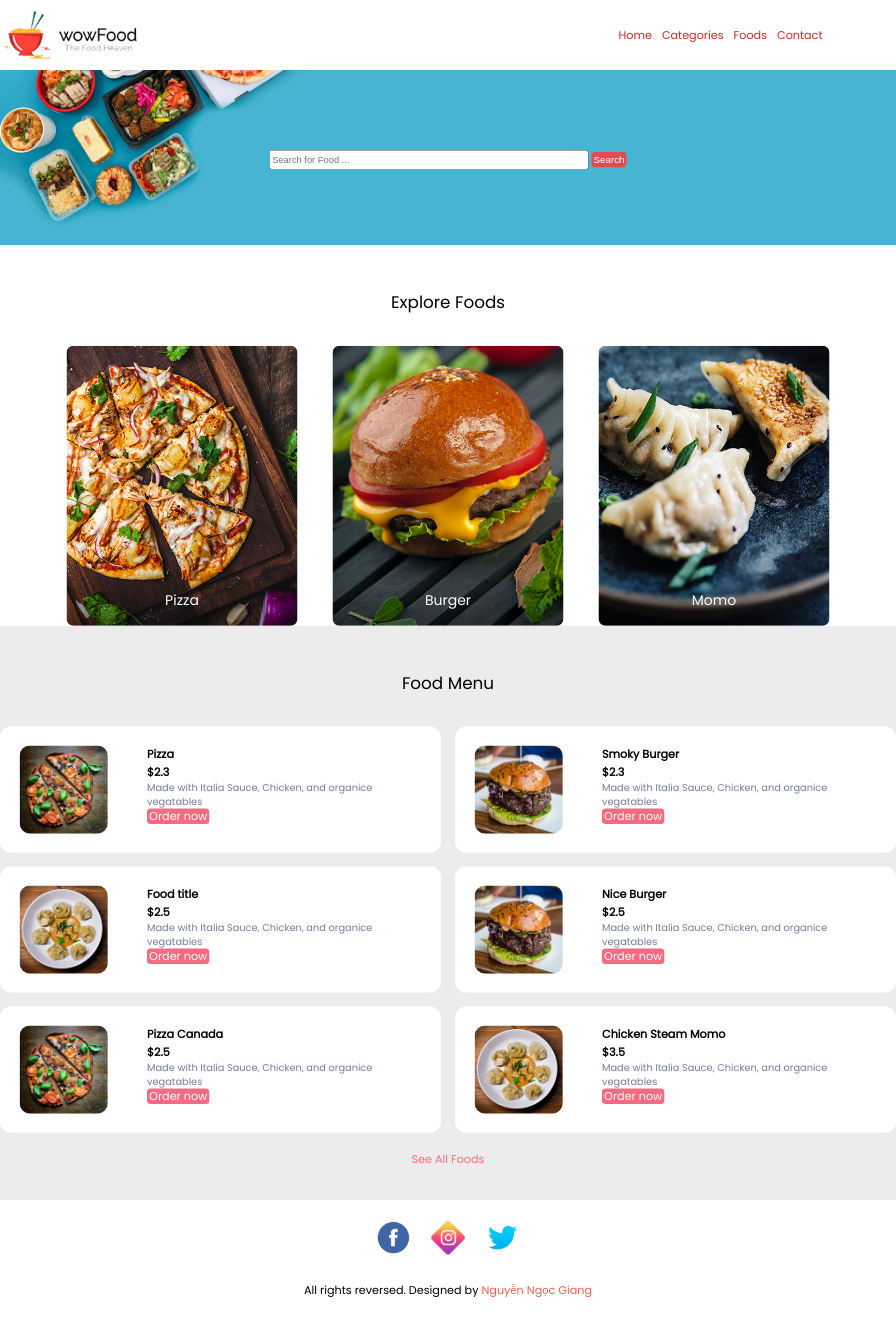
Repository: ruaruababa/WowFood
Page: index.html
These files come from the project's save history. The page is drawn as it stood at one moment and after a run of saves; the edit follows.
The browser window is 1280 px wide. The pictures show the whole page, at 70% of full size.

Above is the page before, as saved 2021-09-18 11:38:16.

### index.html
<!DOCTYPE html>
<html lang="en">

<head>
    <meta charset="UTF-8" />
    <meta http-equiv="X-UA-Compatible" content="IE=edge" />
    <meta name="viewport" content="width=device-width, initial-scale=1.0" />
    <title>Document</title>
    <link rel="stylesheet" href="./style.css" />
    <link rel="stylesheet" href="./reset.css" />
    <link rel="preconnect" href="https://fonts.googleapis.com" />
    <link rel="preconnect" href="https://fonts.gstatic.com" crossorigin />
    <link href="https://fonts.googleapis.com/css2?family=Poppins:wght@400&display=swap" rel="stylesheet" />
</head>

<body>
    <header>
        <div class="container-header">
            <div class="header-left">
                <img src="./img/logo.png" alt="" />
            </div>
            <div class="header-right">
                <ul class="nav">
                    <li class="item"><a href="">Home</a></li>
                    <li class="item"><a href="">Categories</a></li>
                    <li class="item"><a href="">Foods</a></li>
                    <li class="item"><a href="">Contact</a></li>
                </ul>
            </div>
        </div>
    </header>
    <nav>
        <div class="container-nav">
            <div class="background-search">
                <img src="./img/bg.jpg" alt="bgr-search" />
            </div>
            <div class="form">
                <input type="text" placeholder="Search for Food ..." class="input-search" />
                <!-- <button class="btn-search">Search</button> -->
                <input type="button" value="Search" class="btn-search" />
            </div>
        </div>
    </nav>
    <section>
        <div class="container-section">
            <div class="explore-food">Explore Foods</div>
            <div class="collection-food">
                <ul class="list-food">
                    <li class="item"><img src="./img/pizza.jpg" alt="" /><span>Pizza</span></li>
                    <li class="item"><img src="./img/burger.jpg" alt="" /><span>Burger</span></li>
                    <li class="item"><img src="./img/momo.jpg" alt="" /><span>Momo</span></li>
                </ul>
            </div>
        </div>
    </section>
    <article>
        <div class="container-article">
            <div class="title-food-menu">Food Menu</div>
            <div class="container-menu">
                <div class="container-item">
                    <img src="./img/menu-pizza.jpg" alt="" class="bgr-item" />
                    <div class="item-content">
                        <h6 class="title-item">Pizza</h6>
                        <span class="price-item">$2.3</span>
                        <p class="des-item">
                            Made with Italia Sauce, Chicken, and organice vegatables
                        </p>
                        <a href="" class="oder-item">Order now</a>
                    </div>
                </div>
                <div class="container-item">
                    <img src="./img/menu-burger.jpg" alt="" class="bgr-item" />
                    <div class="item-content">
                        <h6 class="title-item">Smoky Burger</h6>
                        <span class="price-item">$2.3</span>
                        <p class="des-item">
                            Made with Italia Sauce, Chicken, and organice vegatables
                        </p>
                        <a href="" class="oder-item">Order now</a>
                    </div>
                </div>
                <div class="container-item">
                    <img src="./img/menu-momo.jpg" alt="" class="bgr-item" />
                    <div class="item-content">
                        <h6 class="title-item">Food title</h6>
                        <span class="price-item">$2.5</span>
                        <p class="des-item">
                            Made with Italia Sauce, Chicken, and organice vegatables
                        </p>
                        <a href="" class="oder-item">Order now</a>
                    </div>
                </div>
                <div class="container-item">
                    <img src="./img/menu-burger.jpg" alt="" class="bgr-item" />
                    <div class="item-content">
                        <h6 class="title-item">Nice Burger</h6>
                        <span class="price-item">$2.5</span>
                        <p class="des-item">
                            Made with Italia Sauce, Chicken, and organice vegatables
                        </p>
                        <a href="" class="oder-item">Order now</a>
                    </div>
                </div>
                <div class="container-item">
                    <img src="./img/menu-pizza.jpg" alt="" class="bgr-item" />
                    <div class="item-content">
                        <h6 class="title-item">Pizza Canada</h6>
                        <span class="price-item">$2.5</span>
                        <p class="des-item">
                            Made with Italia Sauce, Chicken, and organice vegatables
                        </p>
                        <a href="" class="oder-item">Order now</a>
                    </div>
                </div>
                <div class="container-item">
                    <img src="./img/menu-momo.jpg" alt="" class="bgr-item" />
                    <div class="item-content">
                        <h6 class="title-item">Chicken Steam Momo</h6>
                        <span class="price-item">$3.5</span>
                        <p class="des-item">
                            Made with Italia Sauce, Chicken, and organice vegatables
                        </p>
                        <a href="" class="oder-item">Order now</a>
                    </div>
                </div>
            </div>
            <div class="footer-food-menu">
                <a href="#" class="see-all-foods">See All Foods</a>
            </div>
        </div>
    </article>
    <footer>
        <div class="container-footer">
            <div class="social-network-icon">
                <div class="icon-fb">
                    <a href="https://www.facebook.com/WowFoodPage"><img src="./img/facebook_icon-icons.com_59205.png"
                            alt="" /></a>
                </div>
                <div class="icon-insta">
                    <a href="https://www.instagram.com/wowfoodrus/"><img src="./img/intsa-icon.png" alt="" /></a>
                </div>
                <div class="icon-twitter">
                    <a href="https://twitter.com/WOWFoodPics"><img src="./img/twitter_socialnetwork_20007.png"
                            alt="" /></a>
                </div>
            </div>
            <div class="license">
                <p>
                    All rights reversed. Designed by <a href="">Nguyễn Ngọc Giang</a>
                </p>
            </div>
        </div>
    </footer>
</body>

</html>

### style.css
header{
    /* width: max-content; */
}
.container-header {
    display: flex;
    justify-content: space-between;
    align-items: center;
    margin-top: 15px;
}

.header-left {
    display: flex;
}

.header-left img {}

.name-brand {
    margin-top: 50%;
}

.header-right {
    font-family: "Poppins", sans-serif;
    margin-right: 100px;
}

.nav {
    list-style: none;
}

.nav li {
    display: inline;
    padding-left: 10px;
    transition: .2s all;
    padding: 5px;
}

.nav li a {
    text-decoration: none;
    color: rgb(211, 38, 38);
}

.nav:hover .item {
    filter: blur(3px);
    opacity: .5;
    transform: scale(.98);
    box-shadow: none;
}

.nav:hover .item:hover {
    transform: scale(1);
    filter: blur(0px);
    opacity: 1;
    box-shadow: 0 8px 20px 0px rgba(0, 0, 0, 0.125);
    border-radius: 5px;
}


nav {
    position: relative;
    max-width: 100%;
    max-height: 100%;
    height: 250px;
}

.container-nav {
    text-align: center;
    margin-top: 15px;
}

.background-search {
    height: 250px;
}

.background-search img {
    height: inherit;
    width: 100%;
    object-fit: cover;
}

.form {
    width: 100%;
    position: absolute;
    top: 50%;
    left: 50%;
    transform: translate(-50%, -50%);
    height: 22px;
}

.input-search {
    width: 35%;
    height: inherit;
}

.btn-search {
    background-color: rgba(250, 59, 59, 0.849);
    border: none;
    border-radius: 5px;
    font-size: 14px;
    color: white;
    cursor: pointer;
    padding: 3px;
}

section {
    position: relative;
}

.explore-food {
    padding-top: 70px;
    text-align: center;
    font-size: 24px;
    font-family: "Poppins", sans-serif;
}

.list-food {
    margin-top: 50px;
    display: flex;
    justify-content: center;
    column-gap: 50px;
}

.list-food li {
    width: 330px;
    height: 400px;
    transition: .2s all;
}

.list-food li:hover {
    transform: scale(1.1);
}

.list-food li img {
    width: 100%;
    height: 100%;
    object-fit: cover;
    border-radius: 10px;
}

.list-food li span {
    font-family: "Poppins", sans-serif;
    display: block;
    font-size: 20px;
    text-align: center;
    color: #ffffff;
    margin-top: -50px;
}

article {
    background-color: #ececec;
}

.title-food-menu {
    padding-top: 70px;
    font-size: 24px;
    text-align: center;
    font-family: "Poppins", sans-serif;
}

.container-menu {
    padding-top: 50px;
    display: grid;
    grid-gap: 20px;
    grid-template-columns: repeat(auto-fit, minmax(550px, 1fr));
    grid-auto-rows: 180px;
    justify-items: center;
    font-family: "Poppins", sans-serif;
}

.container-item:nth-child(odd) {
    justify-self: end;
}

.container-item:nth-child(even) {
    justify-self: start;
}

.container-item {
    background-color: #ffffff;
    display: flex;
    align-items: center;
    border-radius: 15px;
}

.container-item img {
    width: 25%;
    height: 70%;
    object-fit: cover;
    border-radius: 15px;
    margin: 0 28px;
}

.container-item .item-content {
    width: 100%;
    height: 70%;
    object-fit: cover;
    border-radius: 15px;
    margin: 0 28px;
}

.item-content {
    display: inline-block;
}

.title-item {
    font-size: 16px;
    font-weight: bold;
    line-height: 25px;
}

.price-item {
    line-height: 25px;
    font-weight: bold;
}

.des-item {
    font-size: 14px;
    line-height: 20px;
    color: #747d9c;
}

.oder-item {
    text-decoration: none;
    background-color: #f56b81;
    color: white;
    border-radius: 5px;
    padding: 3px;
    display: inline-block;

}

.footer-food-menu {
    margin-top: 30px;
}

.see-all-foods {
    display: block;
    text-align: center;
    text-decoration: none;
    color: #f56b81;
    padding-bottom: 50px;
    font-family: "Poppins", sans-serif;
    transition: .2s all;
}

.see-all-foods:hover{
    text-decoration: underline;
    transform: scale(1.1);
}

.social-network-icon {
    display: flex;
    justify-content: center;
    margin-top: 30px;
}

.icon-insta {
    margin: 0 30px;
}

.license {
    margin-top: 40px;
    margin-bottom: 30px;
    font-family: "Poppins", sans-serif;
}

.license p {
    text-align: center;
}

.license p a {
    text-decoration: none;
    color: #e7614a;
}

Loaded but not shown: reset.css (common file)

After the next 2 saves:
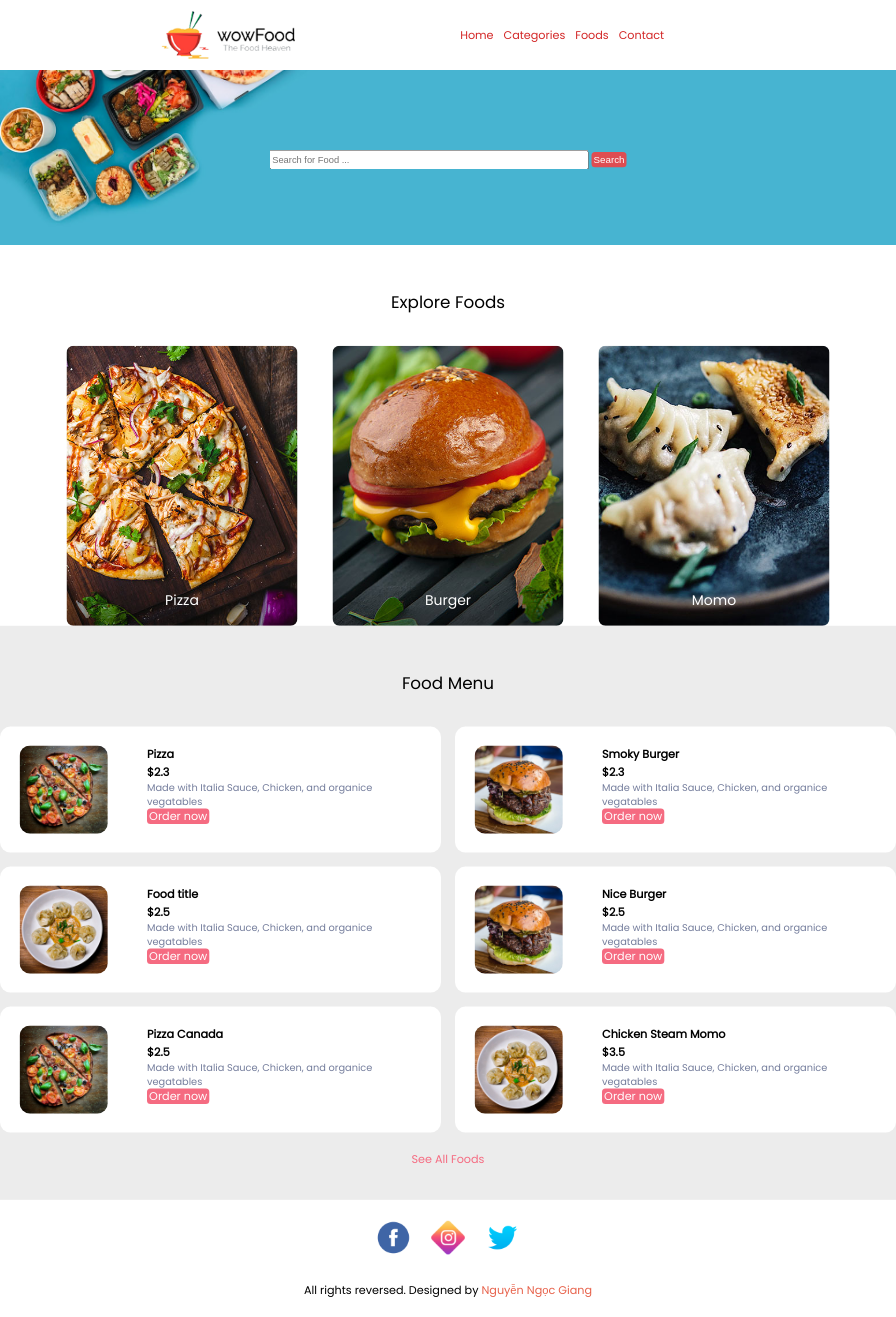
The 2 saves are shown as one change because they came seconds apart.
The last was saved 35 s later.
--- a/style.css
+++ b/style.css
@@ -3,7 +3,7 @@ header{
 }
 .container-header {
     display: flex;
-    justify-content: space-between;
+    justify-content: space-evenly;
     align-items: center;
     margin-top: 15px;
 }
